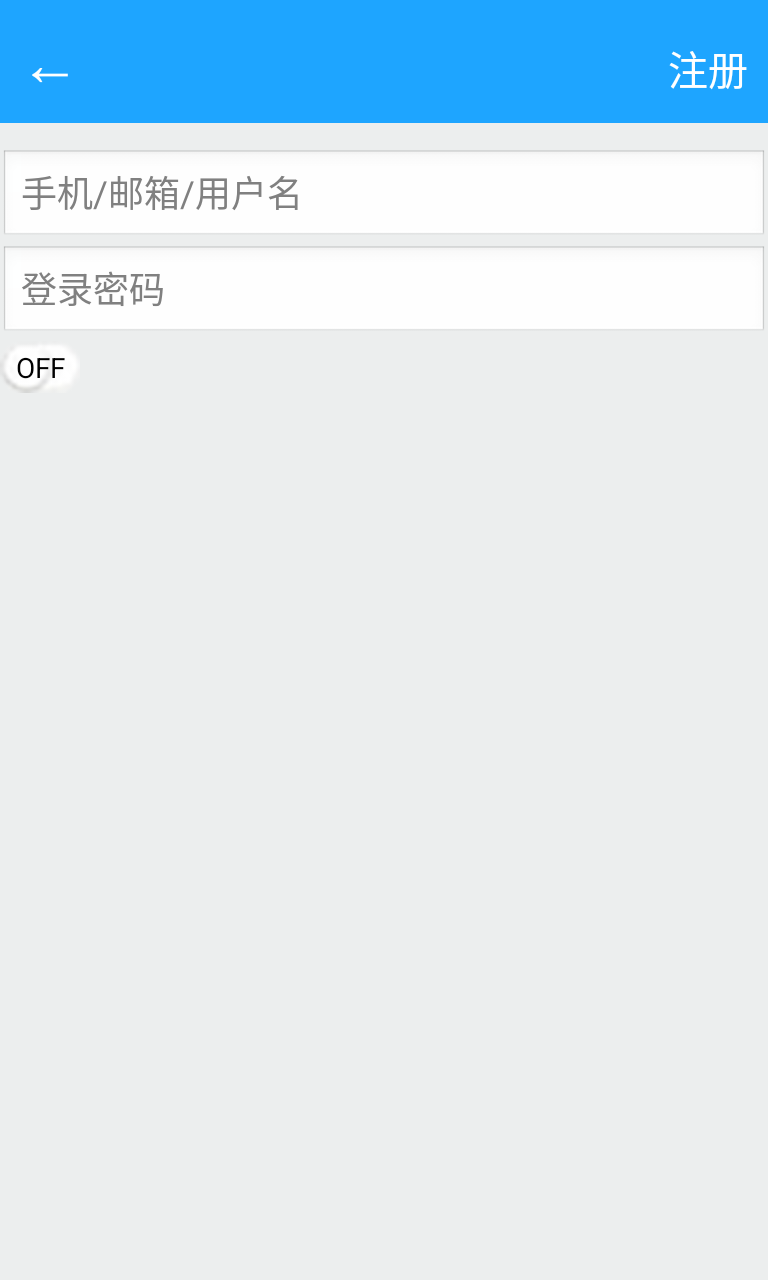
Repository: shi1hh/v
Layout: HungryTest/res/layout/login.xml
An editor plug-in stored every save of this project. The layout is shown before and after the next save, followed by the edit.
It is drawn on a 768 x 1280 px phone screen (xhdpi) without system bars, with theme android:Theme.Light.NoTitleBar; the app's code is not run.

Above is the layout before, as saved 2015-10-24 17:19:15.

### HungryTest/res/layout/login.xml
<?xml version="1.0" encoding="utf-8"?>
<LinearLayout xmlns:android="http://schemas.android.com/apk/res/android"
    android:id="@+id/linearLayout1"
    android:layout_width="match_parent"
    android:layout_height="wrap_content"
    android:background="@color/blackground2"
    android:orientation="vertical" >

    <RelativeLayout
        android:layout_width="match_parent"
        android:layout_height="wrap_content"
        android:background="@color/blackground" >

        <Button
            android:id="@+id/button_back"
            style="@style/back"
            android:layout_width="wrap_content"
            android:layout_height="wrap_content"
            android:layout_alignParentLeft="true"
            android:layout_alignParentTop="true"
            android:layout_centerVertical="true"
            android:background="@color/blackground"
            android:gravity="center"
            android:padding="10dp" />

        <Button
            android:id="@+id/button_register"
            style="@style/normal_text"
            android:layout_width="wrap_content"
            android:layout_height="wrap_content"
            android:layout_alignBaseline="@+id/button_back"
            android:layout_alignBottom="@+id/button_back"
            android:layout_alignParentRight="true"
            android:background="@color/blackground"
            android:padding="10dp"
            android:text="@string/login_reg" />
    </RelativeLayout>

    <EditText
        android:id="@+id/editText_username"
        android:layout_width="match_parent"
        android:layout_height="wrap_content"
        android:layout_marginTop="@dimen/login_usertop_margin"
        android:ems="10"
        android:hint="@string/login_user_hint" >
    </EditText>

    <EditText
        android:id="@+id/editText_psw"
        android:layout_width="match_parent"
        android:layout_height="wrap_content"
        android:ems="10"
        android:hint="@string/login_psw_hint"
        android:inputType="textPassword" >
    </EditText>

    <ToggleButton
        android:layout_width="wrap_content"
        android:layout_height="wrap_content"
        android:background="@drawable/selector_login_toggle"
        />

</LinearLayout>

### HungryTest/res/values/color.xml
<?xml version="1.0" encoding="utf-8"?>
<resources>
    <color name="sum">#ffffff</color>
    <color name="balance">#00FF7F</color>
    <color name="balance_text">#ffffff</color>
    <color name="lvlft_select">#ffffff</color>
    <color name="lvlft_black">#CFCFCF</color>
    <color name="white">#ffffff</color>
    <color name="navigation_bg">#F6F6F6</color>
      <color name="blackground">#1EA5FF</color>
      <color name="text_gray">#CCCCCC</color>
      <color name="waimai_divider">#EEEEEC</color>
      <color name="normal_text">#ffffff</color>
      <color name="blackground2">#eceeee</color>
</resources>

### HungryTest/res/values/strings.xml
<?xml version="1.0" encoding="utf-8"?>
<resources>

    <string name="app_name">HungryTest</string>
    <string name="hello_world">Hello world!</string>
    <string name="action_settings">Settings</string>
    <string name="navigation1">外卖</string>
 <string name="navigation2">订单</string>
  <string name="navigation3">发现</string>
   <string name="navigation4">我</string>
   <string name="waimai_tb1">便利店</string>
    <string name="waimai_tb2">品牌馆</string>
     <string name="waimai_tb3">水果</string>
      <string name="waimai_tb4">鲜花蛋糕</string>
       <string name="waimai_tb5">新店特惠</string>
        <string name="waimai_tb6">夜宵</string>
         <string name="waimai_tb7">预定早餐</string>
         <string name="dingdan_text1">订单</string>
         <string name="login_reg">注册</string>
         <string name="back">←</string>
         <string name="dingdan_dingdan">订单</string>
         <string name="dingdan_breakfast">早餐订单</string>
         <string name="login_psw_hint">登录密码</string>
         <string name="login_user_hint">手机/邮箱/用户名</string>

</resources>

### HungryTest/res/values/styles.xml
<resources xmlns:android="http://schemas.android.com/apk/res/android">

    <!--
        Base application theme, dependent on API level. This theme is replaced
        by AppBaseTheme from res/values-vXX/styles.xml on newer devices.



    -->
    <style name="AppBaseTheme" parent="Theme.AppCompat.Light">
        <!--
            Theme customizations available in newer API levels can go in
            res/values-vXX/styles.xml, while customizations related to
            backward-compatibility can go here.



        -->
    </style>

    <!-- Application theme. -->
    <style name="AppTheme" parent="AppBaseTheme">
        <!-- All customizations that are NOT specific to a particular API-level can go here. -->
    </style>

    <style name="text">
        <item name="android:textSize">10sp</item>
        <item name="android:gravity">center_horizontal</item>
    </style>

    <style name="waimai_tb_text">
        <item name="android:textSize">13sp</item>
        <item name="android:gravity">center_horizontal</item>
    </style>

    <style name="waimai_money_text">
        <item name="android:textColor">#FF3030</item>
        <item name="android:textSize">20sp</item>
    </style>
    <style name="back">
        <item name="android:textColor">#ffffff</item>
       <item name="android:textSize">30sp</item>
       <item name="android:text">←</item>
    </style>

    <style name="waimai_store_name_textsize">
        <item name="android:textSize">20sp</item>
    </style>

    <style name="normal_text">
        <item name="android:textSize">20sp</item>
        <item name="android:textColor">#ffffff</item>
        <item name="android:padding">12dp</item>
    </style>

</resources>

### HungryTest/res/values/dimens.xml
<resources>

    <!-- Default screen margins, per the Android Design guidelines. -->
    <dimen name="activity_horizontal_margin">16dp</dimen>
    <dimen name="activity_vertical_margin">16dp</dimen>
<dimen name="login_usertop_margin">13dp</dimen>

</resources>

### HungryTest/res/drawable/selector_login_toggle.xml
<?xml version="1.0" encoding="utf-8"?>
<selector xmlns:android="http://schemas.android.com/apk/res/android" >
    <item android:state_checked="true" android:drawable="@drawable/toggleon"
        ></item>
<item android:drawable="@drawable/toggleoff"></item>
</selector>

After the next save:
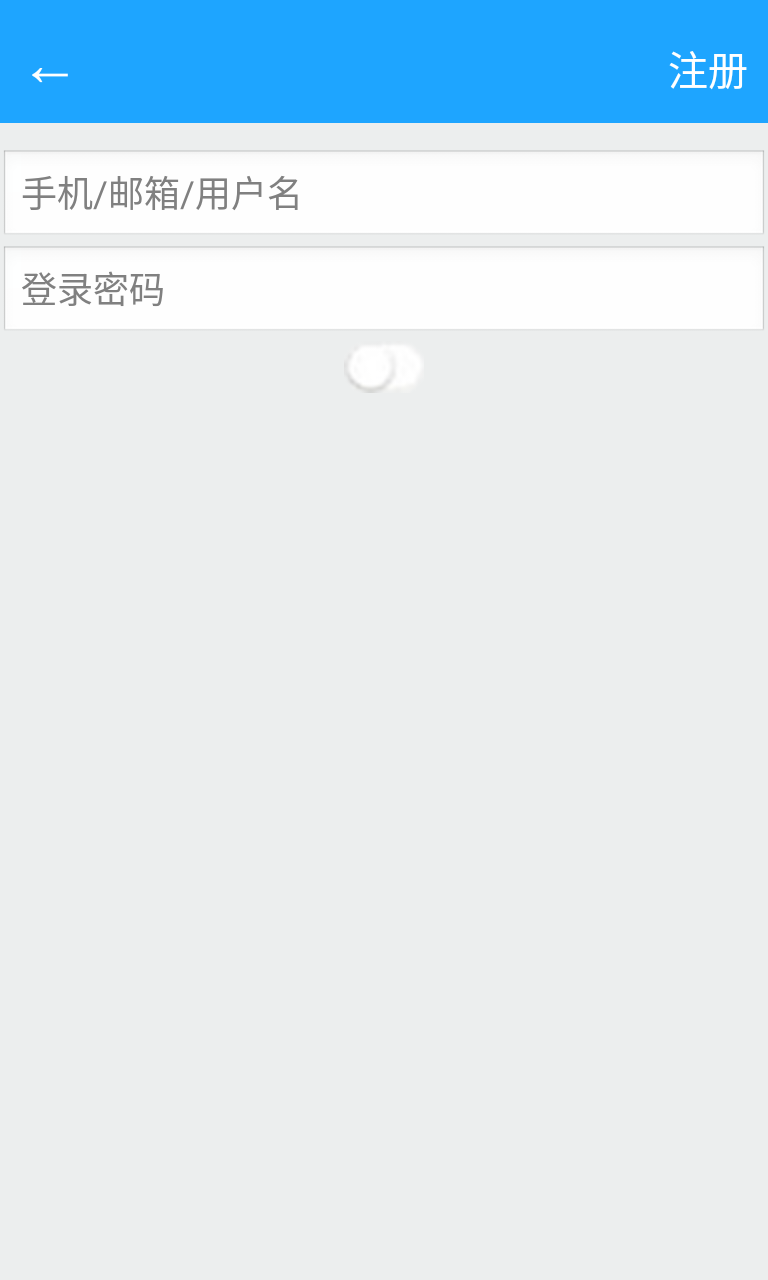
Saved 6 min 23 s later.
--- a/HungryTest/res/layout/login.xml
+++ b/HungryTest/res/layout/login.xml
@@ -57,7 +57,10 @@
     <ToggleButton
         android:layout_width="wrap_content"
         android:layout_height="wrap_content"
+        android:layout_gravity="center"
         android:background="@drawable/selector_login_toggle"
-        />
+        android:textOff=""
+        android:textOn=""
+        android:textSelectHandleLeft="现实" />
 
 </LinearLayout>
